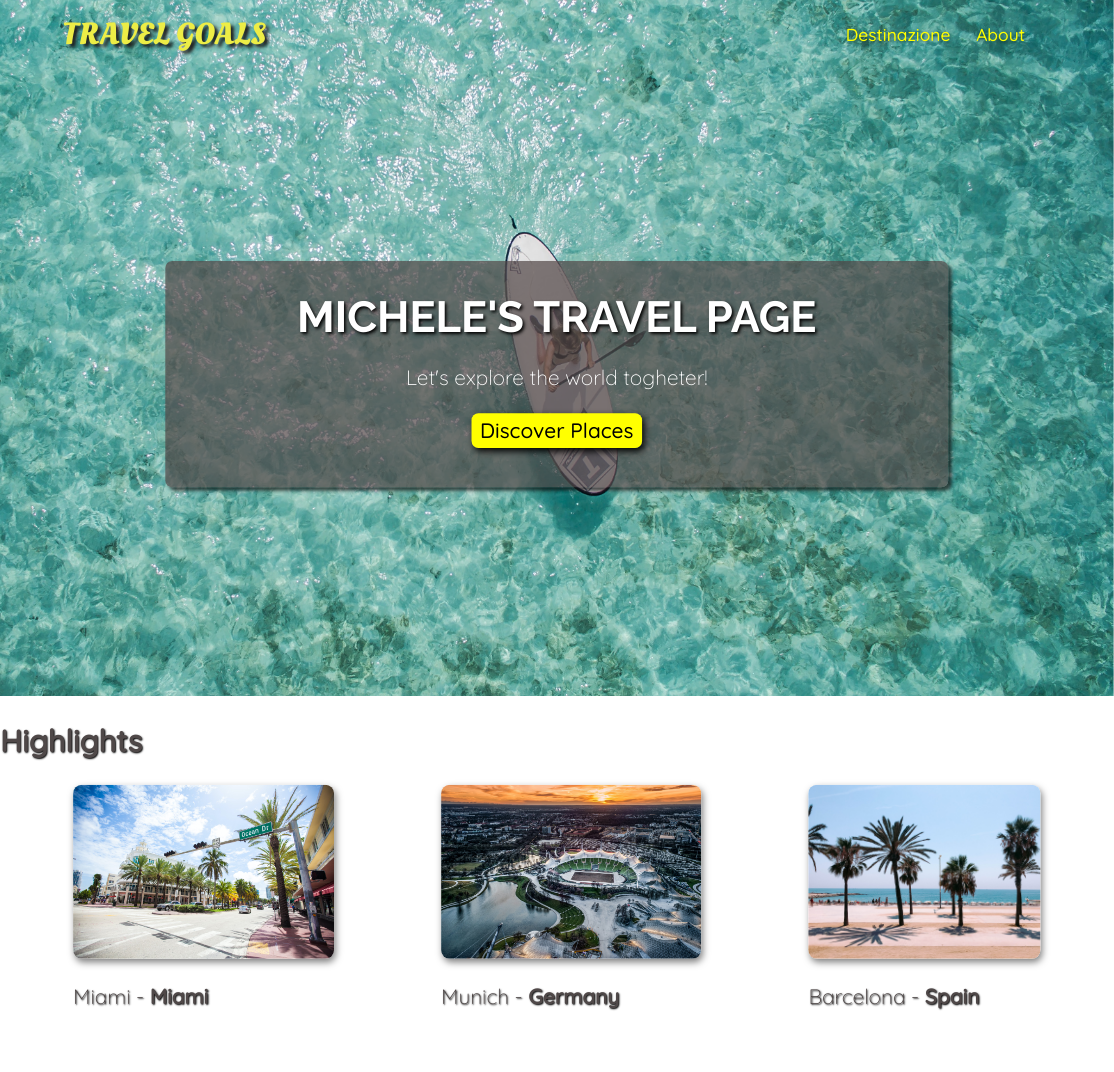
Repository: MicTomm/Travel-Goals
Page: index.html
An editor plug-in stored every save of this project. The page is shown before and after the next save, followed by the edit.
The browser window is 1280 px wide. The pictures show the whole page, at 87% of full size.

Above is the page before, as saved 2023-06-05 17:27:53.

### index.html
<!DOCTYPE html>
<html lang="it">

<head>
    <meta charset="UTF-8">
    <title>Travel Goals</title>
    <link rel="stylesheet"
        href="https://fonts.googleapis.com/css2?family=Raleway:wght@700&family=Oleo+Script:wght@700&family=Quicksand:wght@300;500&display=swap">
    <link href="styles/shared.css" rel="stylesheet">
    <link href="styles/main-page-style.css" rel="stylesheet">
</head>

<body>
    <header>
        <div id="logo">
            <a href="/index.html">Travel Goals</a>
        </div>
        <nav>
            <ul>
                <li><a href="/places.html">Destinazione</a></li>
                <li><a href="">About</a></li>
            </ul>
        </nav>
    </header>
    <main>
        <section id="hero-image-section">
            <div id="div-section1">
                <h1>Michele's Travel Page</h1>
                <p>Let's explore the world togheter!</p>
                <a href="/places.html">Discover Places</a>
            </div>
        </section>
        <section id="highlights">
            <h2>Highlights</h2>
            <ul id="destinations">
                <li class="destination">
                    <img src="images/places/miami.jpg" alt="Miami">
                    <p>Miami - <strong>Miami</strong></p>
                </li>
                <li class="destination">
                    <img src="/images/places/munich.jpg" alt="Munich">
                    <p>Munich - <strong>Germany</strong></p>
                </li>
                <li class="destination">
                    <img src="/images/places/barcelona.jpg" alt="Barcelona">
                    <p>Barcelona - <strong>Spain</strong></p>
                </li>
            </ul>
        </section>
    </main>
    <footer></footer>
</body>

</html>

### styles/shared.css
body {
    margin: 0px;
    font-family: 'Quicksand', sans-serif;
}

ul {
    list-style: none;
    padding: 0px;
    margin: 0px;
}

header {
    display: flex;
    justify-content: space-between;
    align-items: center;
    padding: 15px 60px;
    position: absolute;
    width: 100%;
    top: 0;
    left: 0;
    box-sizing: border-box;
}

header ul {
    margin: 10px;
    display: flex;
    justify-content: space-between;
    width: 250px;
}

header li {
    width: 100px;
}

header a {
    color: yellow;
    text-decoration: none;
    font-size: 20px;
    padding: 12px;
    text-shadow: 1px 1px 4px rgba(0, 0, 0, 0.5);
}

header a:hover {
    background-color: yellow;
    box-shadow: 2px 2px 4px rgba(0, 0, 0, 0.5);
    color: rgb(67, 60, 60);
    text-shadow: 1px 1px 2px rgb(0, 0, 0, 0.5);
    border-radius: 8px;
}

#logo a {
    font-family: 'Oleo script', sans-serif;
    font-size: 35px;
    text-decoration: none;
    color: rgb(237, 237, 70);
    text-shadow: 4px 4px 4px rgb(31, 29, 29);
    text-transform: uppercase;
}

#logo a:hover {
    background-color: transparent;

}

### styles/main-page-style.css
#hero-image-section {
    text-align: center;
    background-image: url("/images/places/ocean.jpg");
    background-position: center;
    background-size: cover;
    height: 800px;
    /* padding-top: 100px; (alternativa per spostare div-section1 più in basso)*/
}

#div-section1 {
    background-color: rgba(82, 70, 70, 0.7);
    box-shadow: 4px 4px 4px rgba(18, 18, 18, 0.7);
    width: 900px;
    margin: 0px auto;
    padding: 35px 0 50px 0;
    border-radius: 8px;
    position: relative;
    top: 300px;
}

#div-section1 h1 {
    font-size: 50px;
    color: white;
    font-family: 'Raleway', sans-serif;
    text-shadow: 2px 2px 4px black;
    text-transform: uppercase;
    margin: 0px;
}

#div-section1 p {
    color: white;
    font-size: 24px;
    font-weight: 300;
    margin-bottom: 32px;
}

#div-section1 a{
 font-size: 24px;
 text-decoration: none;
 color: black;
 border-radius: 8px;
 background-color: yellow;
 padding: 5px 10px;
 box-shadow: 3px 4px 8px black;
}

#div-section1 a:hover{
    background-color: greenyellow;
    text-shadow: 1px 1px 2px rgba(0, 0, 0, 0.5);
}

#highlights ul{
    display: flex;
    width: 90%;
    margin: auto;
    justify-content: space-between;
    margin-bottom: 40px;
}

#highlights li{
   margin: 0px 20px;
}

#highlights img{
    height: 200px;
    box-shadow: 2px 4px 8px rgb(0, 0, 0, 0.5);
    border-radius: 10px;
    width: 100%;
    object-fit: cover;
}

#highlights h2{
    font-size: 35px;
    text-shadow: 1px 1px 2px black;
    color: rgb(79, 72, 72);
}

#highlights p{
    color: rgb(79, 72, 72);
    text-shadow: 1px 1px 2px black;
    font-size: 24px;
    font-weight: 300;
    margin-bottom: 32px;
}

After the next save:
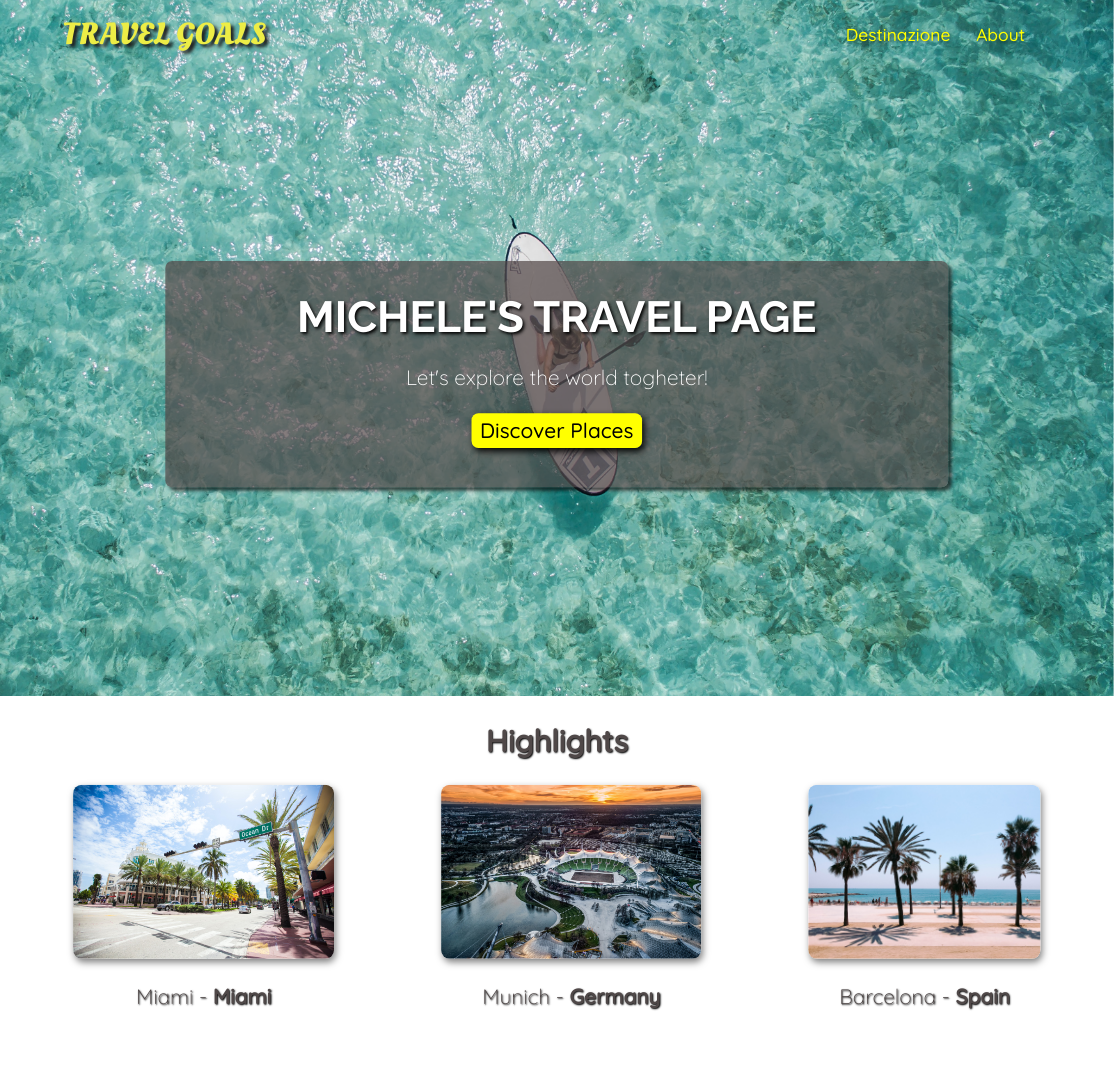
Saved 43 s later.
--- a/styles/main-page-style.css
+++ b/styles/main-page-style.css
@@ -49,6 +49,10 @@
     text-shadow: 1px 1px 2px rgba(0, 0, 0, 0.5);
 }
 
+#highlights{
+    text-align: center;
+}
+
 #highlights ul{
     display: flex;
     width: 90%;
